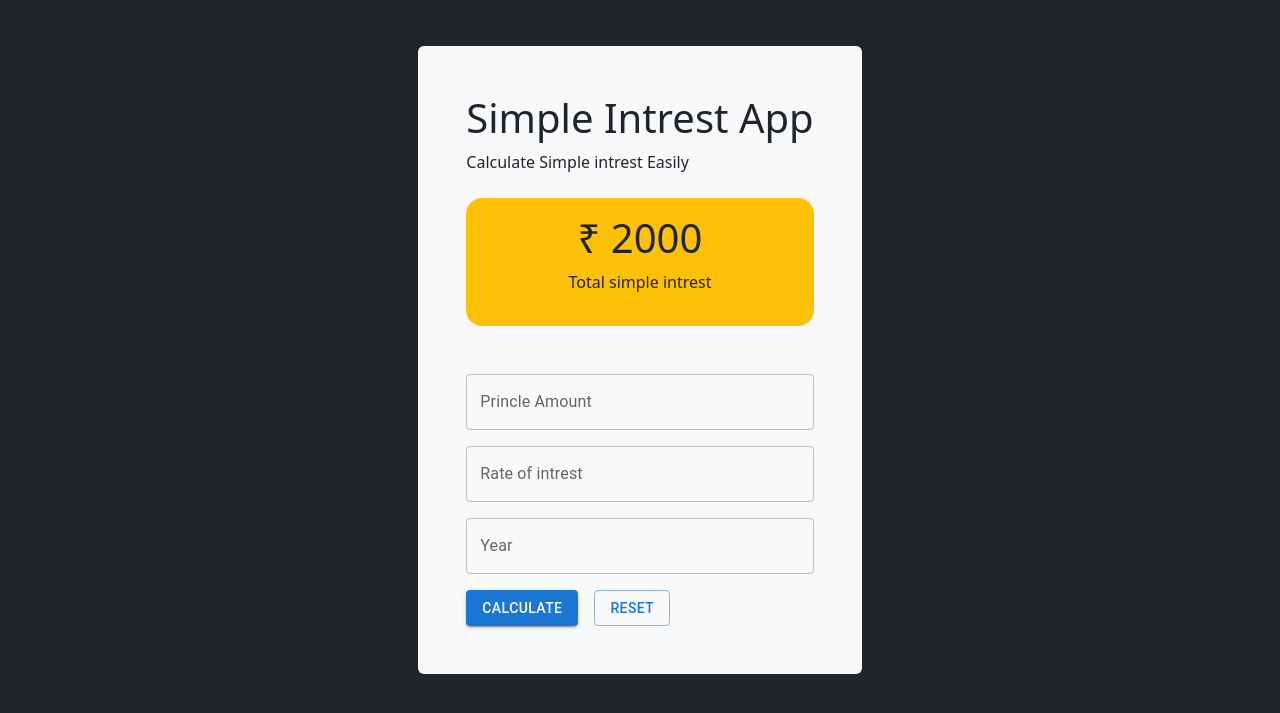
Repository: Afraz13/simple-intrest
Page: /
An editor plug-in stored every save of this project. The page is shown before and after a run of saves, followed by the edit.
The browser window is 1280 px wide. The pictures show the whole page.
The project was rebuilt for these pictures with package versions that can differ from the ones it lists, and the page was loaded fresh each time. Also part of the build but not shown: src/index.css, src/App.css.

Above is the page before, as saved 2024-07-15 20:50:58.

### public/index.html
<!DOCTYPE html>
<html lang="en">
  <head>
    <meta charset="utf-8" />

    <meta name="viewport" content="width=device-width, initial-scale=1" />
    <link href="https://cdn.jsdelivr.net/npm/bootstrap@5.3.3/dist/css/bootstrap.min.css" rel="stylesheet" integrity="sha384-QWTKZyjpPEjISv5WaRU9OFeRpok6YctnYmDr5pNlyT2bRjXh0JMhjY6hW+ALEwIH" crossorigin="anonymous">

    <title>Simple Intrest</title>
  </head>
  <body>

    <div id="root"></div>

  </body>
</html>

### src/App.js

import './App.css';
import { TextField } from '@mui/material';
import Stack from '@mui/material/Stack';
import { Button } from '@mui/material';


function App() {
  return (
    <div style={{height:'100vh'}} className='d-flex justify-content-center align-items-center w-100 bg-dark'>
    <div className='bg-light p-5 rounded'>
    <h1>Simple Intrest App</h1>
    <p>Calculate Simple intrest Easily</p>
    <div className='bg-warning d-flex justify-content-center align-items-center p-3 flex-column rounded-4 mt-4 '>
      <h1>₹ 2000</h1>
      <p>Total simple intrest</p>
    </div>
    <form action="" className='mt-5'>
     <div className='mb-3'>
     <TextField className='w-100' id="outlined-basic" label="Princle Amount" variant="outlined" />
     </div>
     <div className='mb-3'>
     <TextField className='w-100' id="outlined-basic" label="Rate of intrest" variant="outlined" />
     </div>
     <div className='mb-3'>
     <TextField className='w-100' id="outlined-basic" label="Year" variant="outlined" />
     </div>
     <Stack direction="row" spacing={2}>
     <Button variant="contained">Calculate</Button>
     <Button variant="outlined">Reset</Button>
</Stack>
    </form>
    </div>
    </div>
  );
}

export default App;

Loaded but not shown: src/index.js (common file)

After the next 3 saves:
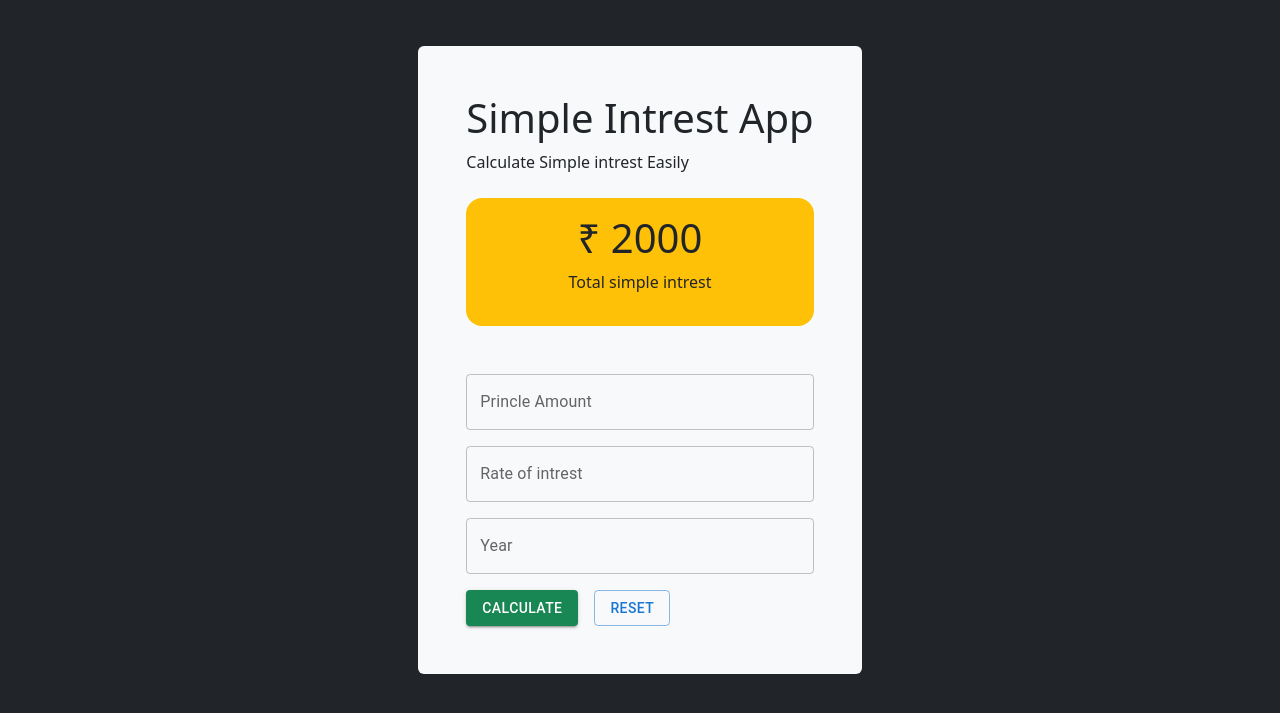
The 3 saves are shown as one change because they came seconds apart.
The last was saved 13 s later.
--- a/src/App.js
+++ b/src/App.js
@@ -26,7 +26,7 @@ function App() {
      <TextField className='w-100' id="outlined-basic" label="Year" variant="outlined" />
      </div>
      <Stack direction="row" spacing={2}>
-     <Button variant="contained">Calculate</Button>
+     <Button className='bg-success' variant="contained">Calculate</Button>
      <Button variant="outlined">Reset</Button>
 </Stack>
     </form>
